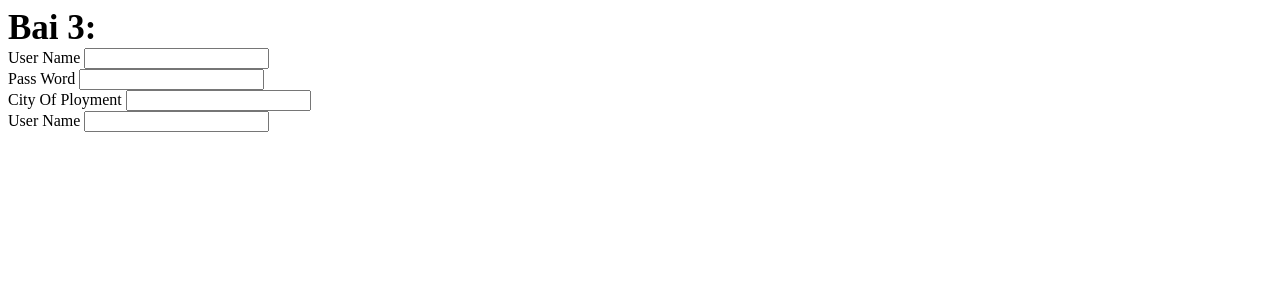
Repository: truongtn04/f8-fullstack-k5
Page: day03/ex03.html
The author's editor kept a copy of each file at every save. The page is drawn from the files as they stood at one save, then again after the next save.
The browser window is 1280 px wide. The pictures show the whole page.

Above is the page before, as saved 2023-11-27 11:09:36.

### day03/ex03.html
<!DOCTYPE html>
<html lang="en">
<head>
    <meta charset="UTF-8">
    <meta name="viewport" content="width=device-width, initial-scale=1.0">
    <title>Document</title>
    <link rel="stylesheet" href="css/ex03.css">
</head>
<body>
    <b>Bai 3:</b>
    <form action="">
        <div class="form-item">
            <label for="name">User Name</label>
            <input type="text" required id="name">
        </div>
        <div class="form-item">
            <label for="password">Pass Word</label>
            <input type="password" id="password" required>
        </div>
        <div class="form-item">
            <label for="city">City Of Ployment</label>
            <input type="text" id="city" required>
        </div>
        <div class="form-item">
            <label for="name">User Name</label>
            <input type="text" required>
        </div>
    </form>
</body>
</html>

### day03/css/ex03.css
b{
    font-size: 35px;
}

After the next save:
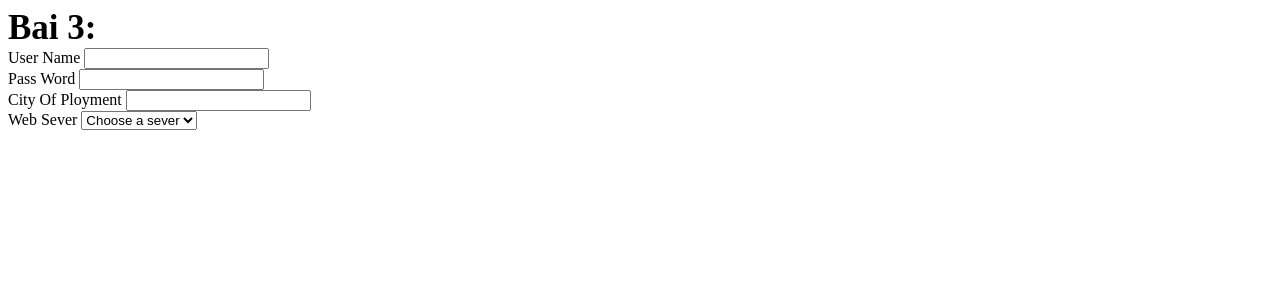
Saved 12 min 13 s later.
--- a/day03/ex03.html
+++ b/day03/ex03.html
@@ -22,8 +22,13 @@
             <input type="text" id="city" required>
         </div>
         <div class="form-item">
-            <label for="name">User Name</label>
-            <input type="text" required>
+            <label for="sever">Web Sever</label>
+            <select name="" id="sever">
+                <option value="1">Choose a sever</option>
+                <option value="2">1</option>
+                <option value="3">2</option>
+                <option value="4">3</option>
+            </select>
         </div>
     </form>
 </body>
